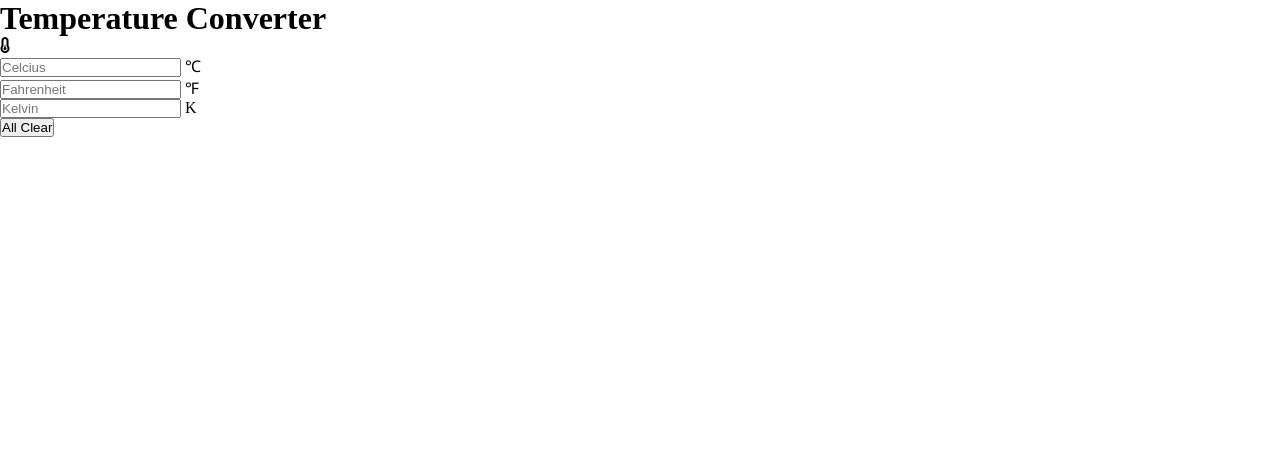
Repository: kiranjeetkaur01/tempconverter.github.io
Page: index.html
The author's editor kept a copy of each file at every save. The page is drawn from the files as they stood at one save, then again after the next save.
The browser window is 1280 px wide. The pictures show the whole page.

Above is the page before, as saved 2023-09-27 12:08:19.

After the next save:
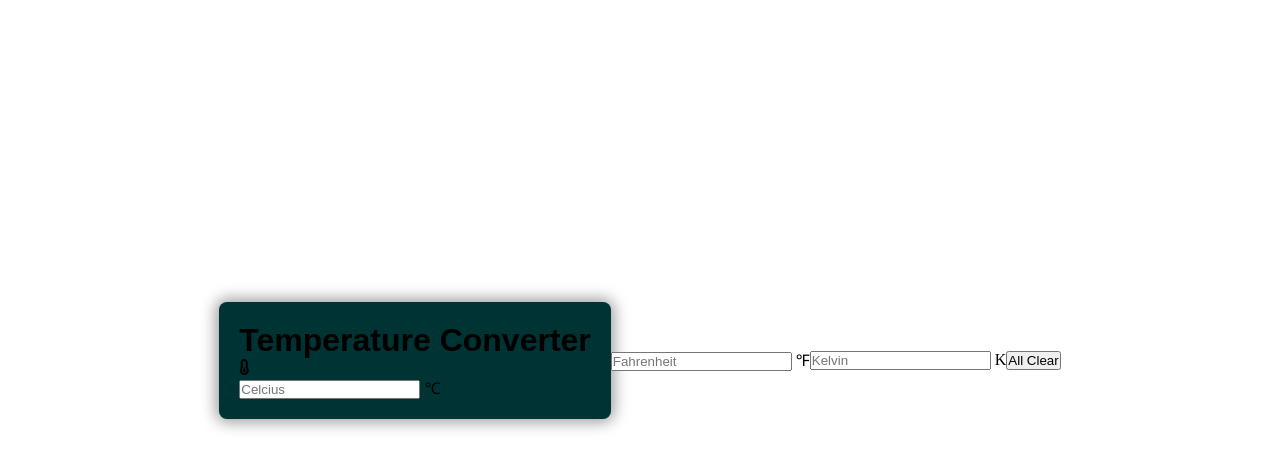
Saved 4 min 17 s later.
--- a/style.css
+++ b/style.css
@@ -3,8 +3,18 @@
   padding: 0;
   box-sizing: border-box;
 }
-html,
+
 body {
-  height: 100%;
-  width: 100%;
+  display: flex;
+  justify-content: center;
+  align-items: center;
+  min-height: 100vh;
 }
+.container {
+  max-width: 450px;
+  background: #003333;
+  border-radius: 8px;
+  box-shadow: 0px 0px 15px 3px rgba(0, 0, 0, 0.4);
+  font-family: sans-serif;
+  padding: 20px;
+}
